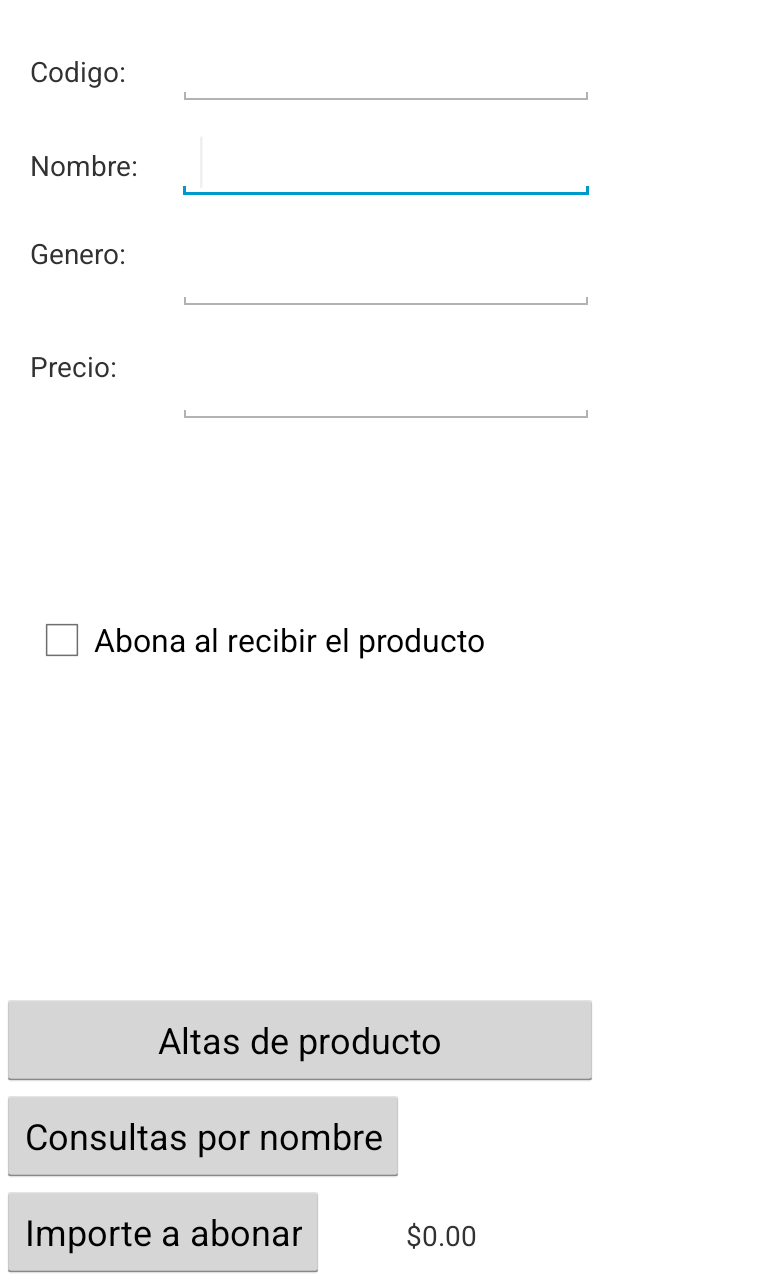
Repository: unknoman/javaAndroidDesempenos
Layout: parcial2h/res/layout/activity_main.xml
The author's editor kept a copy of each file at every save. The layout is drawn from the files as they stood at one save, then again after the next save.
It is drawn on a 768 x 1280 px phone screen (xhdpi) without system bars, with theme AppTheme; the app's code is not run.

Above is the layout before, as saved 2022-06-16 06:42:32.

### parcial2h/res/layout/activity_main.xml
<RelativeLayout xmlns:android="http://schemas.android.com/apk/res/android"
    xmlns:tools="http://schemas.android.com/tools"
    android:layout_width="match_parent"
    android:layout_height="match_parent"
    tools:context=".MainActivity" >

    <TextView
        android:id="@+id/textView2"
        android:layout_width="wrap_content"
        android:layout_height="wrap_content"
        android:layout_alignParentLeft="true"
        android:layout_below="@+id/textView1"
        android:layout_marginLeft="15dp"
        android:layout_marginTop="28dp"
        android:text="Nombre:" />

    <TextView
        android:id="@+id/textView1"
        android:layout_width="wrap_content"
        android:layout_height="wrap_content"
        android:layout_alignLeft="@+id/textView2"
        android:layout_alignParentTop="true"
        android:layout_marginTop="26dp"
        android:text="Codigo:" />

    <TextView
        android:id="@+id/textView3"
        android:layout_width="wrap_content"
        android:layout_height="wrap_content"
        android:layout_alignRight="@+id/textView1"
        android:layout_below="@+id/textView2"
        android:layout_marginTop="25dp"
        android:text="Genero:" />

    <EditText
        android:id="@+id/et1"
        android:layout_width="wrap_content"
        android:layout_height="wrap_content"
        android:layout_alignBaseline="@+id/textView1"
        android:layout_alignBottom="@+id/textView1"
        android:layout_marginLeft="19dp"
        android:layout_toRightOf="@+id/textView2"
        android:ems="10"
        android:inputType="number" />

    <EditText
        android:id="@+id/et2"
        android:layout_width="wrap_content"
        android:layout_height="wrap_content"
        android:layout_alignBaseline="@+id/textView2"
        android:layout_alignBottom="@+id/textView2"
        android:layout_alignLeft="@+id/et1"
        android:ems="10" >

        <requestFocus />
    </EditText>

    <EditText
        android:id="@+id/et3"
        android:layout_width="wrap_content"
        android:layout_height="wrap_content"
        android:layout_alignLeft="@+id/et2"
        android:layout_alignTop="@+id/textView3"
        android:ems="10" />

    <EditText
        android:id="@+id/et4"
        android:layout_width="wrap_content"
        android:layout_height="wrap_content"
        android:layout_alignLeft="@+id/et3"
        android:layout_alignTop="@+id/textView4"
        android:ems="10"
        android:inputType="numberDecimal" />

    <TextView
        android:id="@+id/textView4"
        android:layout_width="wrap_content"
        android:layout_height="wrap_content"
        android:layout_alignLeft="@+id/textView2"
        android:layout_below="@+id/et3"
        android:layout_marginTop="17dp"
        android:text="Precio:" />

    <CheckBox
        android:id="@+id/cb1"
        android:layout_width="wrap_content"
        android:layout_height="wrap_content"
        android:layout_alignLeft="@+id/textView4"
        android:layout_centerVertical="true"
        android:text="Abona al recibir el producto" />

    <Button
        android:id="@+id/button3"
        android:layout_width="wrap_content"
        android:layout_height="wrap_content"
        android:layout_alignParentBottom="true"
        android:layout_alignParentLeft="true"
        android:text="Importe a abonar" />

    <Button
        android:id="@+id/button2"
        android:layout_width="wrap_content"
        android:layout_height="wrap_content"
        android:layout_above="@+id/button3"
        android:layout_alignParentLeft="true"
        android:text="Consultas por nombre" />

    <Button
        android:id="@+id/button1"
        android:layout_width="300dp"
        android:layout_height="wrap_content"
        android:layout_above="@+id/button2"
        android:layout_alignParentLeft="true"
        android:minWidth="64dp"
        android:text="Altas de producto" />

    <TextView
        android:id="@+id/tv1"
        android:layout_width="wrap_content"
        android:layout_height="wrap_content"
        android:layout_alignBaseline="@+id/button3"
        android:layout_alignBottom="@+id/button3"
        android:layout_toRightOf="@+id/button2"
        android:text="$0.00" />

</RelativeLayout>

Loaded but not shown: parcial2h/res/values/styles.xml (common file); parcial2h/res/values-v11/styles.xml (common file); parcial2h/res/values-v14/styles.xml (common file)

After the next save:
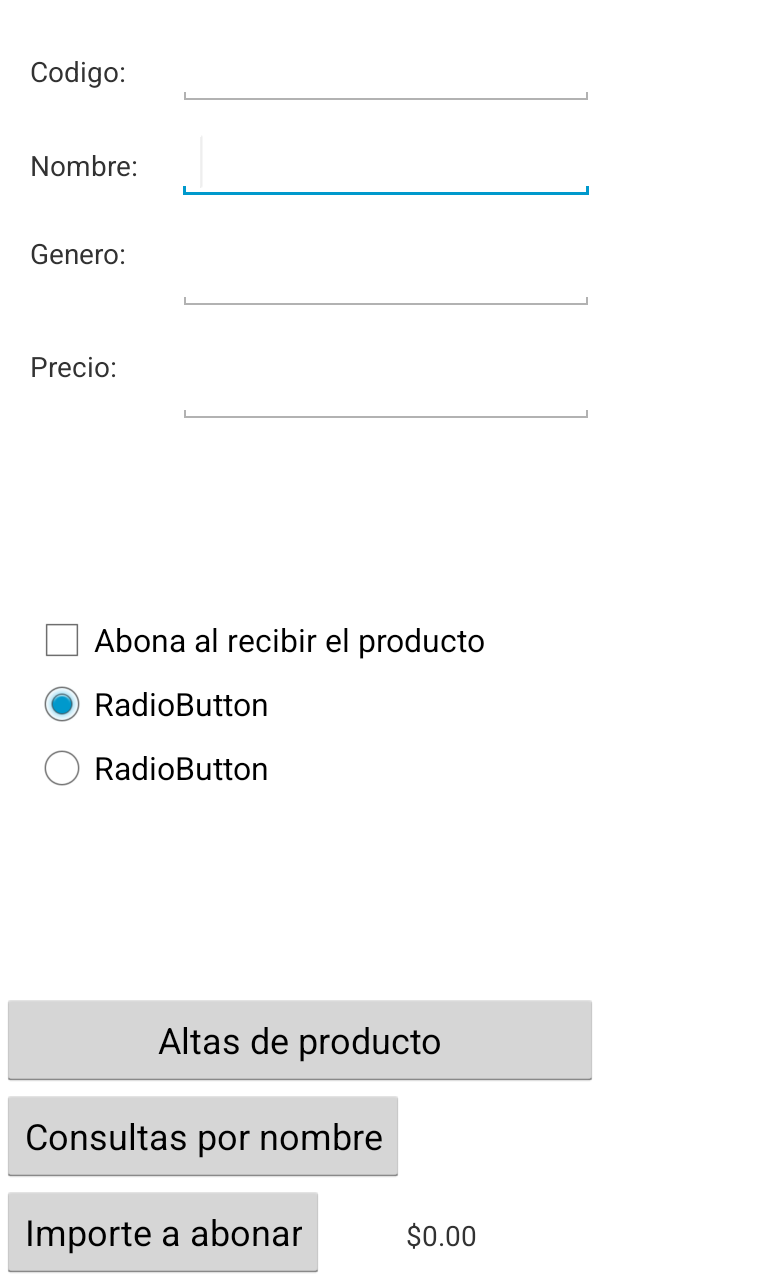
Saved 16 s later.
--- a/parcial2h/res/layout/activity_main.xml
+++ b/parcial2h/res/layout/activity_main.xml
@@ -123,4 +123,25 @@
         android:layout_toRightOf="@+id/button2"
         android:text="$0.00" />
 
+    <RadioGroup
+        android:id="@+id/radioGroup1"
+        android:layout_width="wrap_content"
+        android:layout_height="wrap_content"
+        android:layout_alignLeft="@+id/cb1"
+        android:layout_below="@+id/cb1" >
+
+        <RadioButton
+            android:id="@+id/radio0"
+            android:layout_width="wrap_content"
+            android:layout_height="wrap_content"
+            android:checked="true"
+            android:text="RadioButton" />
+
+        <RadioButton
+            android:id="@+id/radio1"
+            android:layout_width="wrap_content"
+            android:layout_height="wrap_content"
+            android:text="RadioButton" />
+    </RadioGroup>
+
 </RelativeLayout>
